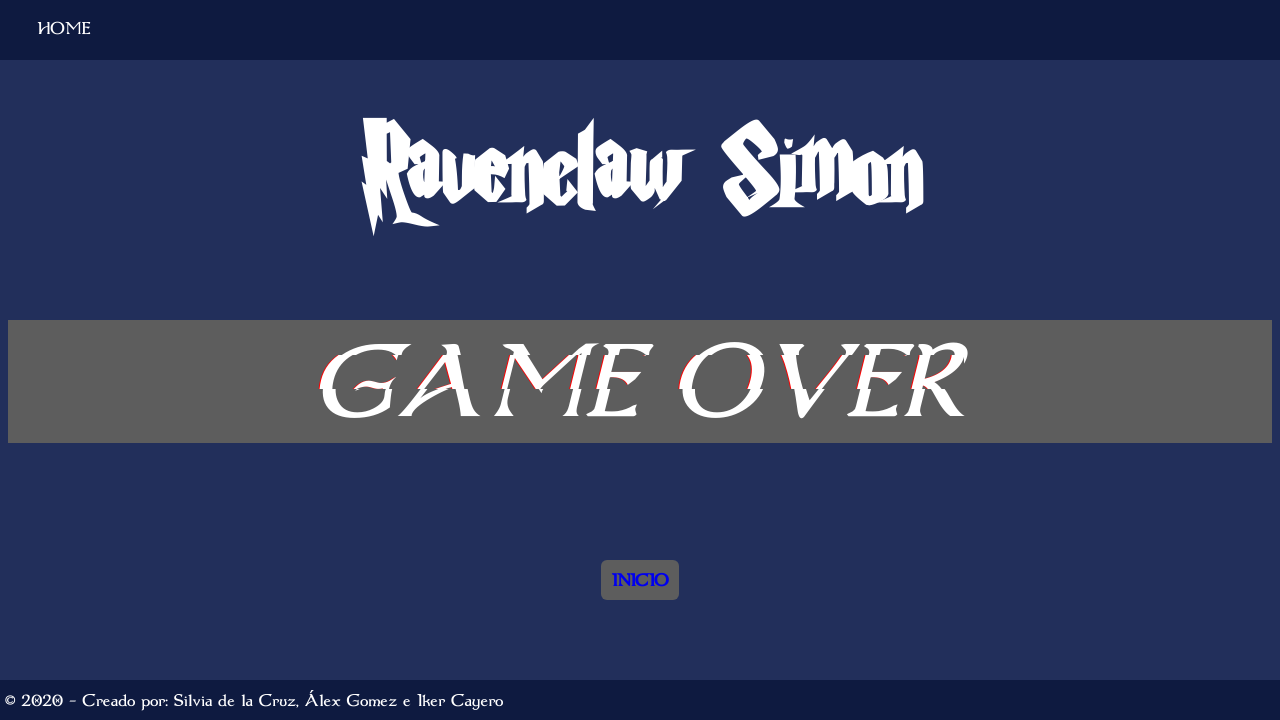
Repository: alexgomezdev/RavenclawSimon
Page: http://localhost/gameOver.php
The author's editor kept a copy of each file at every save. The page is drawn from the files as they stood at one save, then again after the next save.
The browser window is 1280 px wide. The pictures show the whole page.
The page is run by PHP 8.4 with error messages shown; the project is at /var/www/html/.

Above is the page before, as saved 2020-10-23 17:44:51.
Console error: SyntaxError: Unexpected token '}'

After the next save:
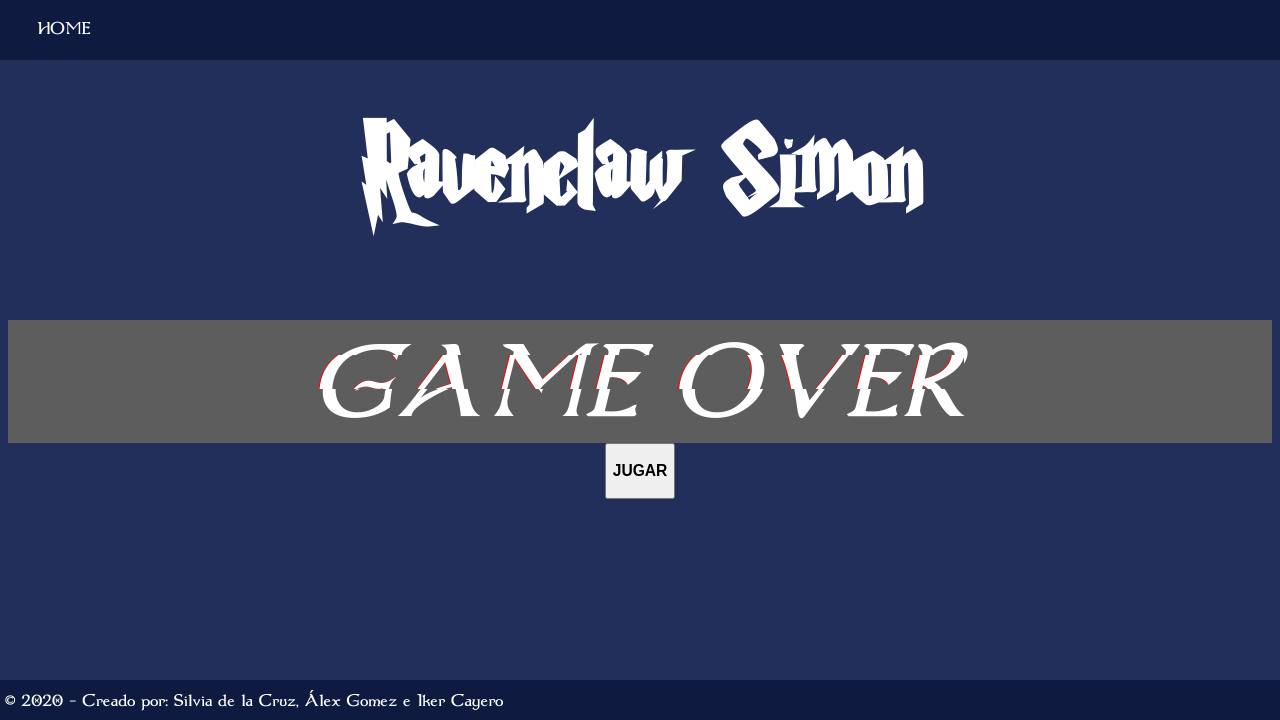
Saved 3 min 7 s later.
--- a/gameOver.php
+++ b/gameOver.php
@@ -21,8 +21,8 @@
                 <div class="message" data-text="GAME OVER">GAME OVER</div>
             </div>
         </div>
-        <div class="ds-flex just-space-around">
-            <a href="index.php" class="btn-start">INICIO</a>
+        <div id="button_div">
+            <button id="button_play"><h3>JUGAR</h3></button>
         </div>
     </main>
     <footer>
